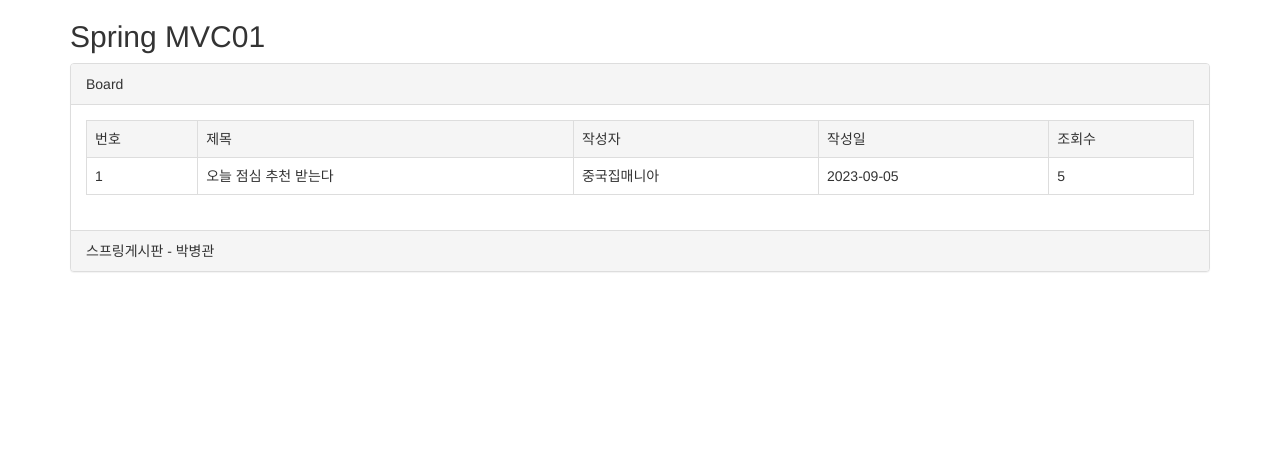
Repository: juhyun98/Spring
Page: http://localhost/SpringMVC01/boardList.do
The author's editor kept a copy of each file at every save. The page is drawn from the files as they stood at one save, then again after the next save.
The browser window is 1280 px wide. The pictures show the whole page.
The page is served by Tomcat 9. Other server files are loaded and not shown.

Above is the page before, as saved 2023-09-05 03:05:35.

### SpringMVC01/src/main/webapp/WEB-INF/views/boardList.jsp
<%@ page language="java" contentType="text/html; charset=UTF-8"
	pageEncoding="UTF-8"%>
<%@ taglib prefix="c" uri="http://java.sun.com/jsp/jstl/core" %>
<!DOCTYPE html>
<html>
<head>
<meta charset="UTF-8">
<link rel="stylesheet" href="https://maxcdn.bootstrapcdn.com/bootstrap/3.4.1/css/bootstrap.min.css">
<script src="https://ajax.googleapis.com/ajax/libs/jquery/3.6.4/jquery.min.js"></script>
<script src="https://maxcdn.bootstrapcdn.com/bootstrap/3.4.1/js/bootstrap.min.js"></script>
<title>Insert title here</title>
</head>
<body>

	<div class="container">
		<h2>Spring MVC01</h2>
		<div class="panel panel-default">
			<div class="panel-heading">Board</div>
			<div class="panel-body">
				<table class="table table-bordered table-hover">
					<tr class="active">
						<td>번호</td>
						<td>제목</td>
						<td>작성자</td>
						<td>작성일</td>
						<td>조회수</td>
					</tr>
					<!-- model안에 있는 list를 jstl을 활용하여 출력하시오 -->
					<!-- 그럼 대체 model안에 값은 어떻게 가져오냐>!
						model은 사실 request영역안에 있다!
					 -->

					 <c:forEach items="${list}" var="vo" varStatus="i" begin="0" end="" step="1">
					 	<tr>
						 	<td>${i.count}</td>
						 	<td>${vo.title}</td>
						 	<td>${vo.writer}</td>
						 	<td>${vo.indate}</td>
						 	<td>${vo.count}</td>
					 	</tr>
					 </c:forEach>
				</table>
			</div>
			<div class="panel-footer">스프링게시판 - 박병관</div>
		</div>
	</div>

</body>
</html>

### SpringMVC01/src/main/java/kr/spring/entity/Board.java
package kr.spring.entity;

import lombok.AllArgsConstructor;
import lombok.Data;
import lombok.NoArgsConstructor;
import lombok.ToString;

@Data
@AllArgsConstructor
@NoArgsConstructor
@ToString
public class Board {

	private int idx; // 번호
	private String title; // 제목
	private String content; // 내용
	private String writer; // 작성자
	private String indate; // 작성일
	private int count; // 조회수





}

After the next save:
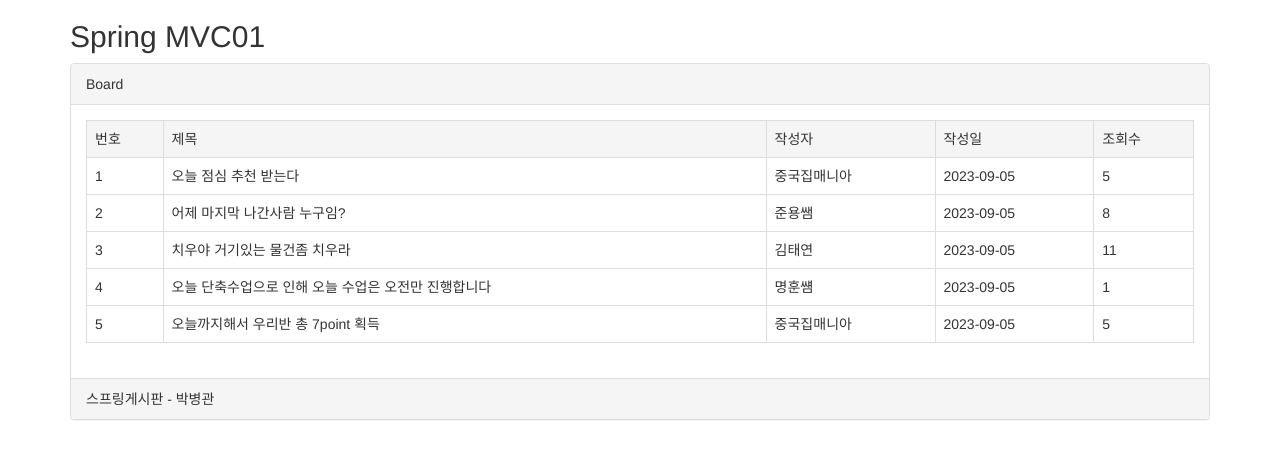
Saved 10 s later.
--- a/SpringMVC01/src/main/webapp/WEB-INF/views/boardList.jsp
+++ b/SpringMVC01/src/main/webapp/WEB-INF/views/boardList.jsp
@@ -30,7 +30,7 @@
 						model은 사실 request영역안에 있다!
 					 -->
 
-					 <c:forEach items="${list}" var="vo" varStatus="i" begin="0" end="" step="1">
+					 <c:forEach items="${list}" var="vo" varStatus="i">
 					 	<tr>
 						 	<td>${i.count}</td>
 						 	<td>${vo.title}</td>
